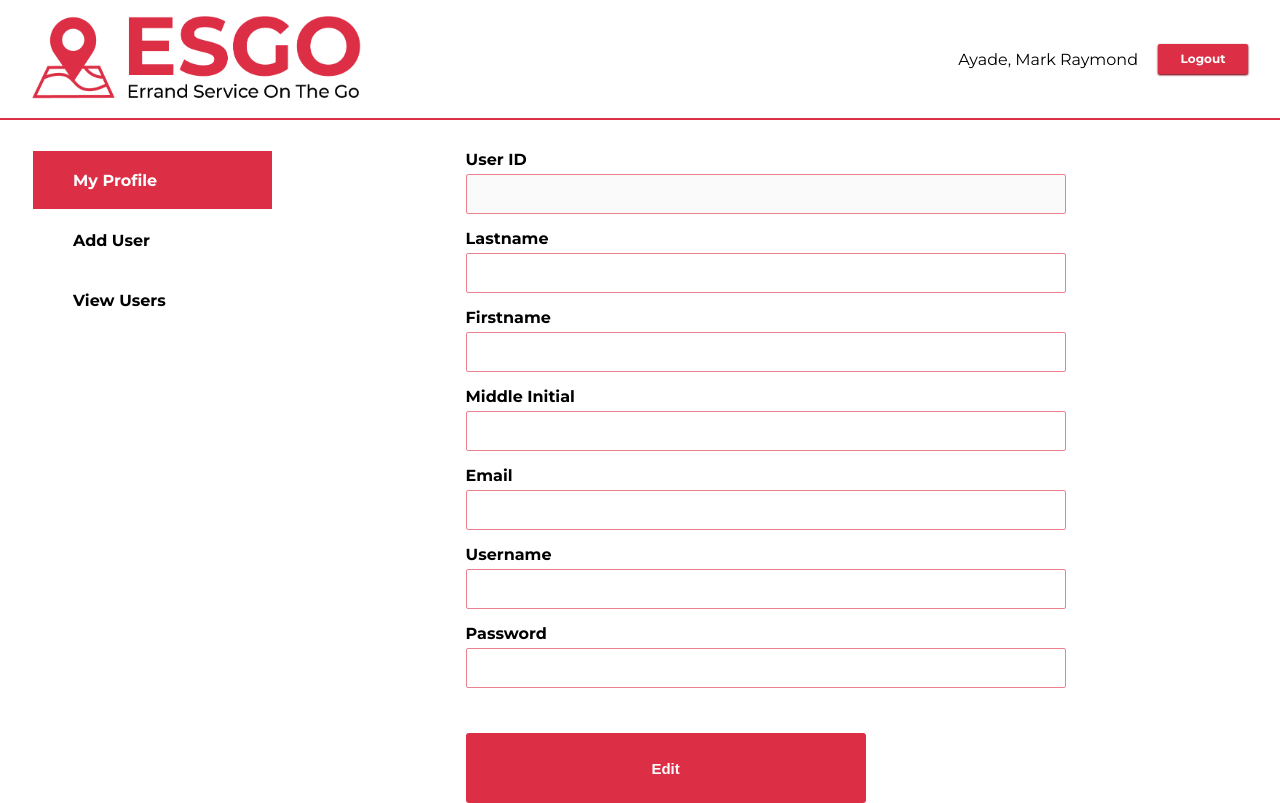
Repository: azkalonz/Int-Prog-2
Page: http://localhost/Int_Prog_2/?page=home
These files come from the project's save history. The page is drawn as it stood at one moment and after the next save; the edit follows.
The browser window is 1280 px wide. The pictures show the whole page.
The page is served by Tomcat 9. Other server files are loaded and not shown.

Above is the page before, as saved 2021-03-30 05:44:38.

### Int Prog 2/WebContent/index.jsp
<jsp:include page="/WEB-INF/layout/header.jsp"/>
<main>
        <div class="container">
            <div class="nav">
                <a href="./home.html">
                    <div class="links active">My Profile</div>
                </a>
                <a href="./user.html">
                    <div class="links">Add User</div>
                </a>
                <a href="./users.html">
                    <div class="links">View Users</div>
                </a>
            </div>

            <div class="content">
                <form>
                    <div class="infos">
                        <span>User ID</span>
                        <input type="text" disabled>
                    </div>
                    <div class="infos">
                        <span>Lastname</span>
                        <input type="text">
                    </div>
                    <div class="infos">
                        <span>Firstname</span>
                        <input type="text">
                    </div>
                    <div class="infos">
                        <span>Middle Initial</span>
                        <input type="text">
                    </div>
                    <div class="infos">
                        <span>Email</span>
                        <input type="text">
                    </div>
                    <div class="infos">
                        <span>Username</span>
                        <input type="text">
                    </div>
                    <div class="infos">
                        <span>Password</span>
                        <input type="text">
                    </div>
                    <input class="button" type="submit" value="Edit">
                </form>
            </div>
        </div>
    </main>
<jsp:include page="/WEB-INF/layout/footer.jsp"/>

### Int Prog 2/WebContent/WEB-INF/layout/header.jsp
<%@ page language="java" contentType="text/html; charset=ISO-8859-1"
	pageEncoding="ISO-8859-1"%>
<!DOCTYPE html>
<html>
<head>
<meta charset="ISO-8859-1">
<title>Employee</title>
<link rel="stylesheet" href="<%=request.getContextPath()%>/css/style.css"/>
</head>
<body>
	<header>
	        <div class="container">
	            <div class="logo-con">
	                <img src="<%=request.getContextPath()%>/assets/logo/horizontal.png">
	            </div>
	            <div class="account-con">
	                <span>Ayade, Mark Raymond</span>
	                <a href="./login.html">
	                    <div class="button">Logout</div>
	                </a>
	            </div>
	        </div>
	    </header>

### Int Prog 2/WebContent/css/style.css
@import url("https://fonts.googleapis.com/css2?family=Montserrat:ital,wght@0,100;0,200;0,300;0,400;0,500;0,600;0,700;1,100;1,200;1,300;1,400;1,500;1,600&display=swap");

* {
  margin: 0;
  padding: 0;
  box-sizing: border-box;
}

a:link {
	text-decoration: none;
	color: #000;
}

body {
  font-family: "Montserrat";
  font-size: 100%;
}

header {
  display: flex;
  justify-content: center;
  width: 100%;
  height: 120px;
  position: relative;
  border-bottom: 2px solid rgb(220, 46, 69);
}

header .container {
  display: flex;
  justify-content: space-between;
  width: 95%;
  max-width: 1300px;
}

header .container .logo-con {
  padding-top: 5px;
}

header .container .logo-con img {
  height: 100px;
}

header .container .account-con {
  display: flex;
  align-items: center;
}

header .account-con .button {
  width: 90px;
  height: 30px;
  margin-left: 20px;
  border: none;
  background: rgb(220, 46, 69);
  box-shadow: 0 1px 2px 0 rgba(122, 7, 22, 0.783),
    0 1px 2px 0 rgba(122, 7, 22, 0.783);
  cursor: pointer;
  color: white;
  font-family: "Montserrat";
  font-weight: bold;
  font-size: 12px;
  border-radius: 2px;
  line-height: 30px;
  text-align: center;
}

header .account-con .button:hover {
  background: rgb(187, 32, 53);
}

.login-container {
  background: rgb(220, 46, 69);
  display: flex;
  align-items: center;
  justify-content: center;
  height: 100vh;
  font-family: "Montserrat";
  color: rgb(22, 22, 22);
}

.login-container > .container {
  position: relative;
  background: white;
  width: 85%;
  max-width: 1024px;
  border-radius: 10px;
  display: flex;
  box-shadow: 0 2px 4px 0 rgb(80, 12, 21), 0 6px 10px 0 rgb(80, 12, 21);
  padding: 60px 5px;
}

.login-container > .container .logo-container {
  display: flex;
  justify-content: center;
  align-items: center;
  flex-direction: column;
  flex: 3;
}

.logo-container img {
  width: 200px;
  padding-bottom: 35px;
}

.logo-container span {
  color: rgb(220, 46, 69);
  font-weight: bold;
  font-size: 40px;
}

.container .form-container {
  display: flex;
  justify-content: center;
  align-items: center;
  height: 100%;
  flex: 2;
}

.form-container h1 {
  margin-bottom: 20px;
}

.form-container .input-con {
  margin-bottom: 20px;
}

.form-container .input-con input {
  height: 45px;
  width: 300px;
  font-family: "Montserrat";
  padding: 5px 10px;
  border-radius: 5px;
  border: 1px solid rgb(233, 129, 143);
}

.form-container button {
  width: 150px;
  height: 50px;
  background: rgb(220, 46, 69);
  border: none;
  color: white;
  font-size: 16px;
  cursor: pointer;
  border-radius: 4px;
  box-shadow: 0 1px 2px 0 rgba(122, 7, 22, 0.783),
    0 1px 2px 0 rgba(122, 7, 22, 0.783);
  margin-top: 10px;
  font-weight: bold;
  font-family: "Montserrat";
}

.form-container button:hover {
  background: rgb(187, 32, 53);
}

main {
  width: 100%;
  display: flex;
  justify-content: center;
  padding-top: 30px;
}

main .container {
  width: 95%;
  max-width: 1300px;
  display: flex;
  justify-content: center;
}

main .container .nav {
  flex: 2;
  margin-right: 10px;
}

main .container .nav .links {
  padding-left: 40px;
  height: 60px;
  line-height: 60px;
  font-weight: bold;
  border: 1px solid white;
}

.active {
  background: rgb(220, 46, 69);
  color: white;
}

main .container .nav .links:hover {
  background: rgb(220, 46, 69);
  color: white;
  transition: 0.4s;
}

main .container .content {
  flex: 8;
  display: flex;
  justify-content: center;
}

main .container .content .infos {
  display: flex;
  flex-direction: column;
  padding-bottom: 15px;
}

main .container .content .infos span {
  padding-bottom: 5px;
  font-weight: bold;
}

main .container .content .infos input {
  width: 600px;
  height: 40px;
  border-radius: 2px;
  border: 1px solid rgb(233, 129, 143);
  padding: 0 10px;
}

main .container .content .button {
  width: 400px;
  height: 70px;
  background: rgb(220, 46, 69);
  border: none;
  margin-top: 30px;
  color: white;
  font-weight: bold;
  font-size: 15px;
  cursor: pointer;
  border-radius: 3px;
}

main .container .content .button:hover {
  background: rgb(187, 32, 53);
}

main .container .content .infos {
  display: flex;
  flex-direction: column;
  padding-bottom: 15px;
}

main .container .content .infos span {
  padding-bottom: 5px;
  font-weight: bold;
}

main .container .content .infos input {
  width: 600px;
  height: 40px;
  border-radius: 2px;
  border: 1px solid rgb(233, 129, 143);
  padding: 0 10px;
}

main .container .content .button {
  width: 400px;
  height: 70px;
  background: rgb(220, 46, 69);
  border: none;
  margin-top: 30px;
  color: white;
  font-weight: bold;
  font-size: 15px;
  cursor: pointer;
  border-radius: 3px;
}

main .container .content .button:hover {
  background: rgb(187, 32, 53);
}

main .container .content {
  max-height: 800px;
  overflow-y: scroll;
}

main .container .content table {
  width: 100%;
  margin: 0 15px;
  text-align: center;
  border-spacing: 0;
}

main .container .content table thead {
  background: rgb(220, 46, 69);
}

main .container .content table thead th {
  height: 60px;
  column-gap: 0;
  color: white;
}

main .container .content table tbody tr {
  height: 50px;
  background: rgba(247, 244, 244, 0.375);
}

main .container .content table tbody tr td:last-child {
  display: flex;
  justify-content: center;
  padding: 10px 0;
}

main .container .content table tbody .button-action {
  width: 80px;
  height: 30px;
  text-align: center;
  line-height: 30px;
  margin: 0 5px;
  font-size: 12px;
  color: white;
  border-radius: 3px;
  cursor: pointer;
}

.orange {
  background: coral;
  box-shadow: 0px 0px 2px -1px rgba(230, 63, 2, 0.443);
}

.red {
  background: crimson;
  box-shadow: 0px 0px 2px -1px rgba(199, 2, 41, 0.653);
}

.orange:hover {
  background: rgb(248, 95, 39);
}

.red:hover {
  background: rgb(194, 4, 42);
}

### Int Prog 2/WebContent/WEB-INF/layout/nav.jsp
<div class="nav">
    <a href="./home.html">
        <div class="links">My Profile</div>
    </a>
    <a href="./user.html">
        <div class="links active">Add User</div>
    </a>
    <a href="./users.html">
        <div class="links">View Users</div>
    </a>
</div>

Loaded but not shown: Int Prog 2/WebContent/WEB-INF/layout/footer.jsp (common file)

After the next save:
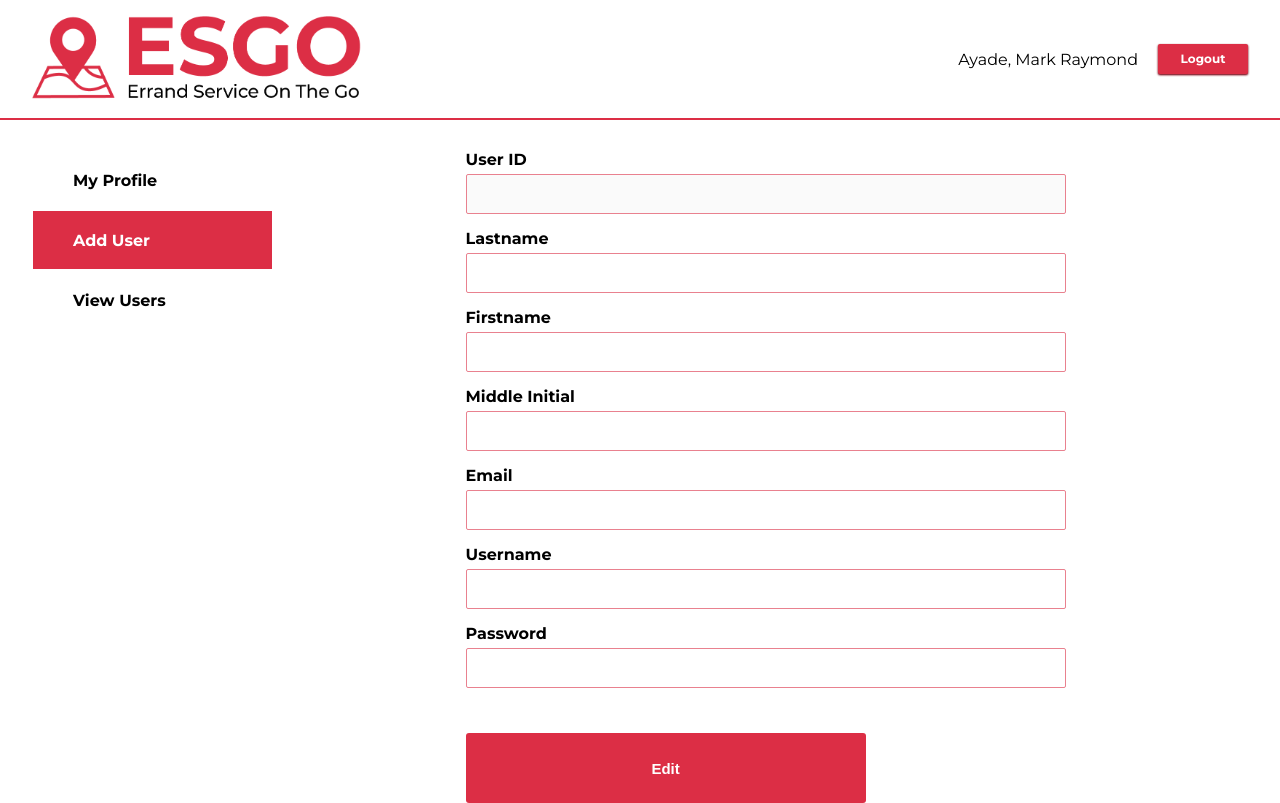
Saved 11 s later.
--- a/Int Prog 2/WebContent/index.jsp
+++ b/Int Prog 2/WebContent/index.jsp
@@ -1,17 +1,7 @@
 <jsp:include page="/WEB-INF/layout/header.jsp"/>
 <main>
         <div class="container">
-            <div class="nav">
-                <a href="./home.html">
-                    <div class="links active">My Profile</div>
-                </a>
-                <a href="./user.html">
-                    <div class="links">Add User</div>
-                </a>
-                <a href="./users.html">
-                    <div class="links">View Users</div>
-                </a>
-            </div>
+            <jsp:include page="/WEB-INF/layout/nav.jsp" />
 
             <div class="content">
                 <form>
